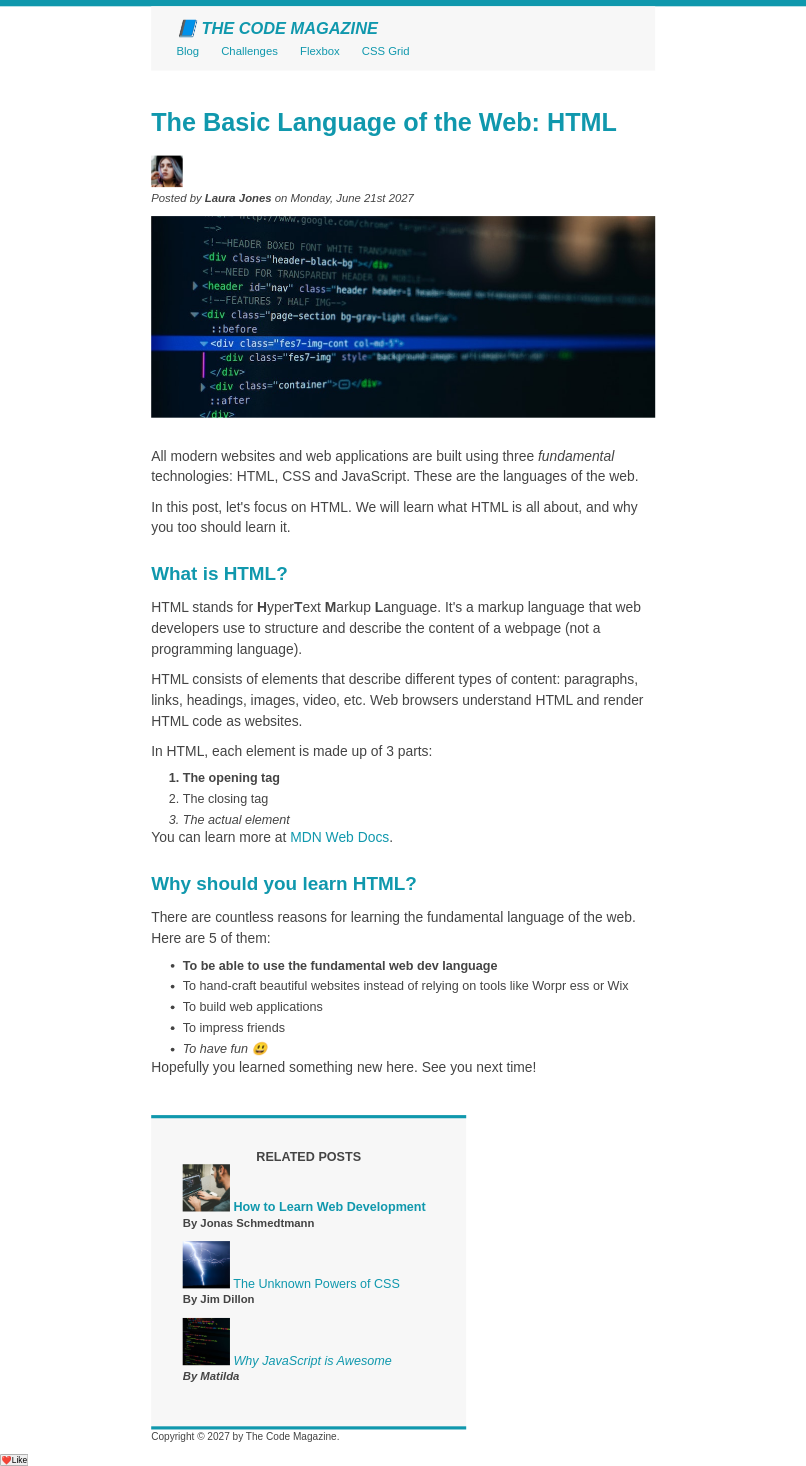
Repository: sunny070/CSS
Page: #1/index.html
An editor plug-in stored every save of this project. The page is shown before and after a run of saves, followed by the edit.
The browser window is 1280 px wide. The pictures show the whole page, at 63% of full size.

Above is the page before, as saved 2023-11-06 11:05:56.

After the next 6 saves:
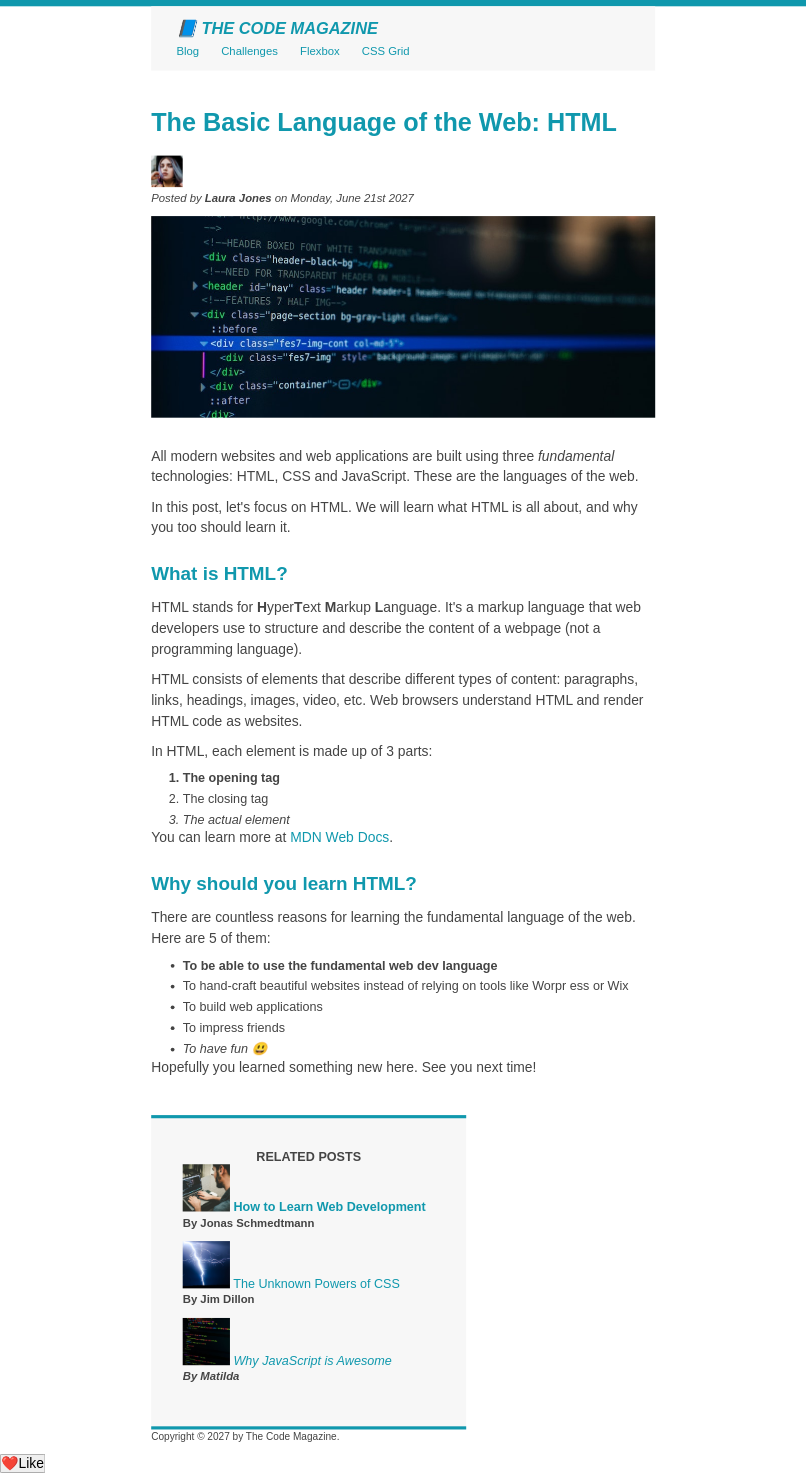
The 6 saves are shown as one change because they came seconds apart.
The last was saved 30 s later.
--- a/#1/style.css
+++ b/#1/style.css
@@ -186,7 +186,10 @@ nav a:link{
 nav a:link:last-child{
     margin-right: 0;
 }
-
+button{
+    font-size: 22px;
+    padding: ;
+}
 /* resolving conflicts */
 /* #copyright{
     color:red;
